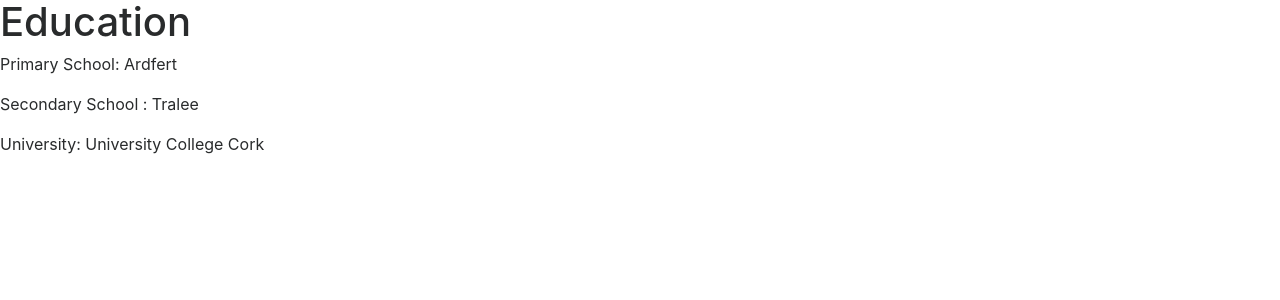
Repository: podgeomahony/is1113117413984
Page: cv/cv_page2.html
The author's editor kept a record of every edit. The page is drawn from the files as they stood at one moment, then again after the next edit.
The browser window is 1280 px wide. The pictures show the whole page.
Some web libraries are served in a nearby version.

Above is the page before.
Console error (its wording comes from the project's code and is left out).

### cv/cv_page2.html
<!DOCTYPE html>
<html>
    <head>
        <title>Education</title>
        <link rel="stylesheet" href="../mystylesheet.css" type="text/css" />


        <!--Adding Bootstrap-->
        <link rel="stylesheet" href="https://maxcdn.bootstrapcdn.com/bootstrap/4.0.0-beta.3/css/bootstrap.min.css" integrity="sha384-Zug+QiDoJOrZ5t4lssLdxGhVrurbmBWopoEl+M6BdEfwnCJZtKxi1KgxUyJq13dy" crossorigin="anonymous">
        <script src="https://code.jquery.com/jquery-3.2.1.slim.min.js" integrity="sha384-KJ3o2DKtIkvYIK3UENzmM7KCkRr/rE9/Qpg6aAZGJwFDMVNA/GpGFF93hXpG5KkN" crossorigin="anonymous"></script>
        <script src="https://cdnjs.cloudflare.com/ajax/libs/popper.js/1.12.9/umd/popper.min.js" integrity="sha384-ApNbgh9B+Y1QKtv3Rn7W3mgPxhU9K/ScQsAP7hUibX39j7fakFPskvXusvfa0b4Q" crossorigin="anonymous"></script>
        <script src="https://maxcdn.bootstrapcdn.com/bootstrap/4.0.0-beta.3/js/bootstrap.min.js" integrity="sha384-a5N7Y/aK3qNeh15eJKGWxsqtnX/wWdSZSKp+81YjTmS15nvnvxKHuzaWwXHDli+4" crossorigin="anonymous"></script>


    </head>
    <body>
        <h1>Education</h1>
        <p>Primary School: Ardfert</p>
        <p>Secondary School : Tralee</p>
        <p>University: University College Cork</p>

    </body>
</html>

### mystylesheet.css

.mainheading {
    text-align: center;
    }

After the next edit:
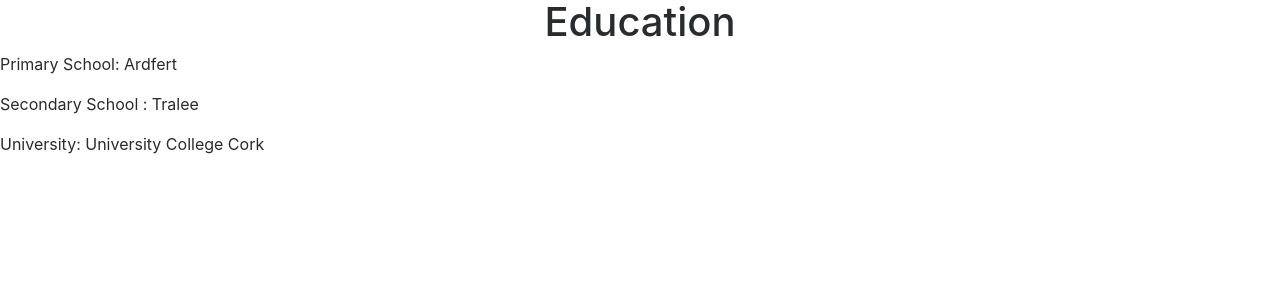
The edit:
--- a/cv/cv_page2.html
+++ b/cv/cv_page2.html
@@ -14,7 +14,7 @@
 
     </head>
     <body>
-        <h1>Education</h1>
+        <h1 class="mainheading"> Education</h1>
         <p>Primary School: Ardfert</p>
         <p>Secondary School : Tralee</p>
         <p>University: University College Cork</p>
